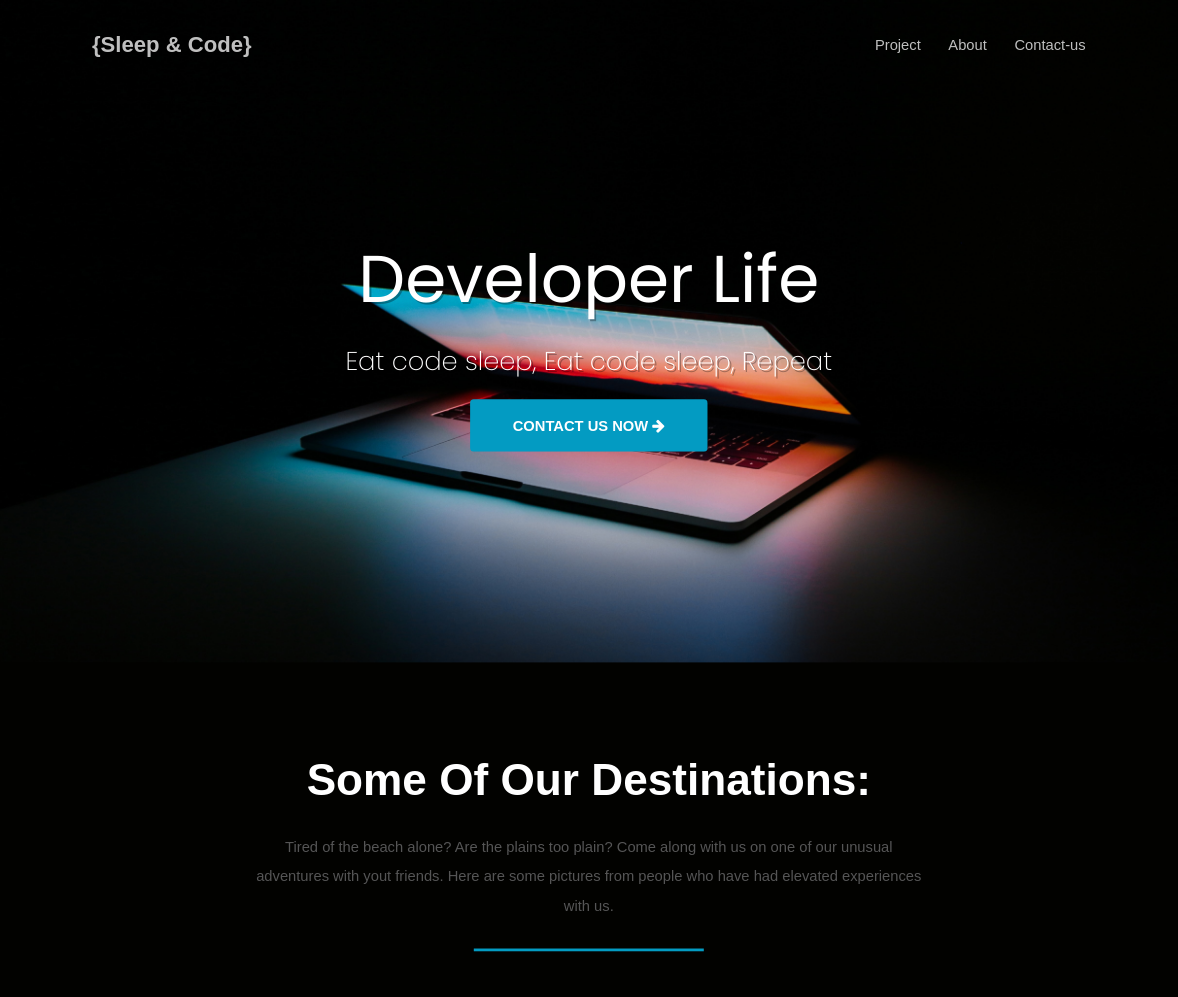
Repository: Samkiroko/Techcamp-html
Page: index.html
The author's editor kept a copy of each file at every save. The page is drawn from the files as they stood at one save, then again after the next save.
The browser window is 1280 px wide. The pictures show the part of the page from y = 0 to 1084 px (the page is 4704 px tall), at 92% of full size.
Pictures or frames that could not be fetched are drawn as grey boxes.

Above is the page before, as saved 2021-08-05 16:49:38.
Not found: assets/css/styles.css

### index.html
<!DOCTYPE html>
<html lang="en">

<head>
    <meta charset="UTF-8">
    <title>Tech Camp start-up</title>
    <link rel="stylesheet" href="./style.css">

</head>


<!-- partial:index.partial.html -->
<link rel="preconnect" href="https://fonts.googleapis.com">
<link rel="preconnect" href="https://fonts.gstatic.com" crossorigin>
<link href="https://fonts.googleapis.com/css2?family=Poppins:wght@200;400;600&display=swap" rel="stylesheet">
<link rel="stylesheet" href="https://maxcdn.bootstrapcdn.com/font-awesome/4.7.0/css/font-awesome.min.css">
<link rel="stylesheet" href="assets/css/styles.css">
</head>


<!-- Forked from a template on Tutorialzine: https://tutorialzine.com/2016/06/freebie-landing-page-template-with-flexbox -->
<header>
    <h2><a href="#">{Sleep & Code}</a></h2>
    <nav>
        <li><a href="#">Project</a></li>
        <li><a href="#">About</a></li>
        <li><a href="#">Contact-us</a></li>
    </nav>
</header>

<section class="hero">
    <div class="background-image"></div>
    <div class="hero-content-area">
        <h1>Developer Life</h1>
        <h3>Eat code sleep, Eat code sleep, Repeat</h3>
        <a href="#" class="btn ">Contact Us Now <span class="fa fa-arrow-right"></span></a>
    </div>
</section>

<section class="destinations">
    <h3 class="title">Some of our destinations:</h3>
    <p>Tired of the beach alone? Are the plains too plain? Come along with us on one of our unusual adventures with yout friends. Here are some pictures from people who have had elevated experiences with us.</p>
    <hr>

    <ul class="grid">
        <li class="small image-1"></li>
        <li class="large image-2"></li>
        <li class="large image-3"></li>
        <li class="small image-4"></li>
    </ul>
</section>

<section class="packages">
    <h3 class="title">Tour Packages</h3>
    <p>We offer a variety of group (minimum 5 people) packages. Whether you've spent some summers together or this might be your first adventure, we've got the perfect vacation for you.</p>
    <hr>

    <ul class="grid">
        <li>
            <i class="fa fa-compass fa-4x"></i>
            <h4>Guided Trips</h4>
            <p>Looking for the complete experience? Take a tour with one of our experts. They'll show you secrets that you're likely to miss otherwise.</p>
        </li>
        <li>
            <i class="fa fa-camera-retro fa-4x"></i>
            <h4>Photo Trips</h4>
            <p>Want to experience nature's beauty without all of that annoying exercise? Take a photo tour on one of our <em>Life is a party!</em> buses.</p>
        </li>
        <li>
            <i class="fa fa-bicycle fa-4x"></i>
            <h4>Biking Trips</h4>
            <p>If bicycles are more your speed, consider taking a tour through one of our mountain or city bike paths. We'll provide the bikes, and lunch too!</p>
        </li>
        <li>
            <i class="fa fa-flag-checkered fa-4x"></i>
            <h4>Racing Trips</h4>
            <p>Got a competitive spirit? Sign up for one of our challenge-based marathons! Try to reach the summit before any other group.</p>
        </li>
    </ul>
</section>

<section class="testimonials">
    <h3 class="title">Testimonials from our adventurers:</h3>
    <hr>
    <p class="quote">Wow! This tour made me realize how much I love being outside with my friends. After going on one of these tours, I can safely say that beer pong is my favorite game all time, also the cultural programs were really interesting!</p>
    <p class="author">- Albert Herter</p>
    <p class="quote">Wow, this really blew my mind. We had so much fun at the beach, and also some hidden secrets revealed. Come on, I'm living in this city for 5 years. Amazing!</p>
    <p class="author">- Sharon Rosenberg</p>
    <p class="quote">If you want to understand your friends better, head to the mountains. I mean, seriously. It's like sitting next to a campfire and just talk in the sunset, woah. You know? It's like that.</p>
    <p class="author">- Luis Mendoza</p>
</section>

<section class="contact">
    <h3 class="title">Learn more</h3>
    <p>Want to know about our upcoming events, or come to one of our mixers? Just sign up for our mailing list. No spam from us, we promise! Except for the spam we give you to keep up your energy while you're having fun with your friends. Have a blast! We
        have tons of that.</p>
    <hr>
    <form>
        <input type="email" placeholder="Email">
        <a href="#" class="btn">Subscribe now</a>
    </form>
</section>

<footer>
    <p>Images courtesy of <a href="http://unsplash.com/">unsplash</a>.</p>
    <p>Why are you even reading this?! There's never anything interesting in the footer!</p>
    <ul>
        <li><a href="#"><i class="fa fa-twitter-square fa-2x"></i></a></li>
        <li><a href="#"><i class="fa fa-facebook-square fa-2x"></i></a></li>
        <li><a href="#"><i class="fa fa-snapchat-square fa-2x"></i></a></li>
    </ul>
</footer>
<!-- partial -->

</body>

</html>

### style.css
/*General Styles*/

* {
    margin: 0;
    padding: 0;
    box-sizing: border-box;
}

body {
    background: #020200;
}

html {
    font-size: 16px;
    font-family: 'Raleway', sans-serif;
    color: #fff;
}

ul,
nav {
    list-style: none;
}

a {
    text-decoration: none;
    opacity: 0.75;
    color: #fff;
}

a:hover {
    opacity: 1;
}

a.btn {
    border-radius: 4px;
    text-transform: uppercase;
    font-weight: bold;
    text-align: center;
    background-color: #039bc2;
    opacity: 1;
    transition: all 400ms;
}

a.btn:hover {
    background-color: #ce5856;
}

section {
    display: flex;
    flex-direction: column;
    align-items: center;
    padding: 100px 80px;
}

section:not(.hero):nth-child(even) {
    background-color: #f5f5f5;
}

.grid {
    width: 100%;
    display: flex;
    flex-wrap: wrap;
    justify-content: center;
}

hr {
    width: 250px;
    height: 3px;
    background-color: #039bc2;
    border: 0;
    margin-bottom: 50px;
}


/*
.image-1 {
    background-image: url('https://images.unsplash.com/photo-1505852903341-fc8d3db10436?ixlib=rb-0.3.5&q=80&fm=jpg&crop=entropy&cs=tinysrgb&w=1600&h=900&fit=crop&s=e2f72e62d5f4f04256dd9305d5f51f3c');
}

.image-2 {
    background-image: url('https://images.unsplash.com/photo-1475483768296-6163e08872a1?ixlib=rb-0.3.5&q=80&fm=jpg&crop=entropy&cs=tinysrgb&w=1600&h=900&fit=crop&s=20b3b1c3caef8c619ac3c75c07a7eafb');
}

.image-3 {
    background-image: url('https://images.unsplash.com/photo-1490576198307-6ff97609a0cc?ixlib=rb-0.3.5&q=80&fm=jpg&crop=entropy&cs=tinysrgb&w=1600&h=900&fit=crop&s=a0dbd168637edc2cfdac3715ab23d519');
}

.image-4 {
    background-image: url('https://images.unsplash.com/photo-1505483531331-fc3cf89fd382?ixlib=rb-0.3.5&q=80&fm=jpg&crop=entropy&cs=tinysrgb&w=1600&h=900&fit=crop&s=4f305bbc0243f81f1bf6053a62d76297');
} */

section h3.title {
    text-transform: capitalize;
    font: bold 48px 'Amatic SC', sans-serif;
    margin-bottom: 30px;
    text-align: center;
    color: #fff;
}

section p {
    max-width: 775px;
    line-height: 2;
    padding: 0 20px;
    margin-bottom: 30px;
    text-align: center;
    color: ffff;
}

@media (max-width: 800px) {
    section {
        padding: 50px 20px;
    }
}


/*Header Styles*/

header {
    position: absolute;
    width: 100%;
    display: flex;
    justify-content: space-between;
    align-items: center;
    padding: 35px 100px 0;
    animation: 1s fadein 0.5s forwards;
    opacity: 0;
    color: #fff;
    z-index: 2;
}

@keyframes fadein {
    100% {
        opacity: 1;
    }
}

header h2 {
    font-family: 'Amatic SC', sans-serif;
}

header nav {
    display: flex;
    margin-right: -15px;
}

header nav li {
    margin: 0 15px;
}

@media (max-width: 800px) {
    header {
        padding: 20px 50px;
        flex-direction: column;
    }
    header h2 {
        margin-bottom: 15px;
    }
}


/*Hero Styles*/

.hero {
    position: relative;
    justify-content: center;
    text-align: center;
    min-height: 100vh;
    color: #fff;
}

.hero .background-image {
    position: absolute;
    top: 0;
    left: 0;
    width: 100%;
    height: 100%;
    background-image: url('img/hp.jpg');
    background-size: cover;
    z-index: -1;
    background-color: #80a3db;
}

.hero h1 {
    font: 72px 'Amatic SC', sans-serif;
    text-shadow: 2px 2px rgba(0, 0, 0, 0.3);
    margin-bottom: 15px;
}

.hero h3 {
    font: 28px 'Raleway', sans-serif;
    font-weight: 300;
    text-shadow: 2px 2px rgba(0, 0, 0, 0.3);
    margin-bottom: 40px;
}

.hero a.btn {
    padding: 20px 46px;
}

.hero-content-area {
    opacity: 0;
    margin-top: 100px;
    animation: 1s slidefade 1s forwards;
}

@keyframes slidefade {
    100% {
        opacity: 1;
        margin: 0;
    }
}

@media (max-width: 800px) {
    .hero {
        min-height: 600px;
    }
    .hero h1 {
        font-size: 48px;
    }
    .hero h3 {
        font-size: 24px;
    }
    .hero a.btn {
        padding: 15px 40px;
    }
}


/*Destinations Section*/

.destinations .grid li {
    height: 350px;
    padding: 20px;
    background-clip: content-box;
    background-size: cover;
    background-position: center;
}

.destinations .grid li.small {
    flex-basis: 30%;
}

.destinations .grid li.large {
    flex-basis: 70%;
}

@media (max-width: 1100px) {
    .destinations .grid li.small,
    .destinations .grid li.large {
        flex-basis: 50%;
    }
}

@media (max-width: 800px) {
    .destinations .grid li.small,
    .destinations .grid li.large {
        flex-basis: 100%;
    }
}


/*Packages Section*/

.packages .grid li {
    padding: 50px;
    flex-basis: 50%;
    text-align: center;
}

.packages .grid li i {
    color: #039bc2;
}

.packages .grid li h4 {
    font-size: 30px;
    margin: 25px 0;
}

@media (max-width: 800px) {
    .packages .grid li {
        flex-basis: 100%;
        padding: 20px;
    }
}


/*Testimonials Section*/

.testimonials .quote {
    font-size: 22px;
    font-weight: 300;
    line-height: 1.5;
    margin: 40px 0 25px;
}

@media (max-width: 800px) {
    .testimonials .quote {
        font-size: 18px;
        margin: 15px 0;
    }
    .testimonials .author {
        font-size: 14px;
    }
}


/*Contact Section*/

.contact form {
    display: flex;
    align-items: center;
    justify-content: center;
    flex-wrap: wrap;
    width: 60%;
}

.contact form .btn {
    padding: 18px 42px;
}

.contact form input {
    padding: 15px;
    margin-right: 30px;
    font-size: 18px;
    color: #555;
    flex: 1;
}

@media (max-width: 1000px) {
    .contact form input {
        flex-basis: 100%;
        margin: 0 0 20px 0;
    }
}


/*Footer Section*/

footer {
    display: flex;
    align-items: center;
    justify-content: space-around;
    background-color: #555;
    color: #fff;
    padding: 20px 0;
}

footer ul {
    display: flex;
}

footer ul li {
    margin-left: 16px;
}

footer p {
    text-transform: uppercase;
    font-size: 14px;
    opacity: 0.6;
    align-self: center;
}

@media (max-width: 1100px) {
    footer {
        flex-direction: column;
    }
    footer p {
        text-align: center;
        margin-bottom: 20px;
    }
    footer ul li {
        margin: 0 8px;
    }
}


/*General Styles*/

* {
    margin: 0;
    padding: 0;
    box-sizing: border-box;
}

html {
    font-size: 16px;
    font-family: 'Raleway', sans-serif;
    color: #555;
}

ul,
nav {
    list-style: none;
}

a {
    text-decoration: none;
    opacity: 0.75;
    color: #fff;
}

a:hover {
    opacity: 1;
}

a.btn {
    border-radius: 4px;
    text-transform: uppercase;
    font-weight: bold;
    text-align: center;
    background-color: #039bc2;
    opacity: 1;
    transition: all 400ms;
}

a.btn:hover {
    background-color: #ce5856;
}

section {
    display: flex;
    flex-direction: column;
    align-items: center;
    padding: 100px 80px;
}

section:not(.hero):nth-child(even) {
    background-color: #f5f5f5;
}

.grid {
    width: 100%;
    display: flex;
    flex-wrap: wrap;
    justify-content: center;
}

hr {
    width: 250px;
    height: 3px;
    background-color: #039bc2;
    border: 0;
    margin-bottom: 50px;
}

.image-1 {
    background-image: url('https://images.unsplash.com/photo-1505852903341-fc8d3db10436?ixlib=rb-0.3.5&q=80&fm=jpg&crop=entropy&cs=tinysrgb&w=1600&h=900&fit=crop&s=e2f72e62d5f4f04256dd9305d5f51f3c');
}

.image-2 {
    background-image: url('https://images.unsplash.com/photo-1475483768296-6163e08872a1?ixlib=rb-0.3.5&q=80&fm=jpg&crop=entropy&cs=tinysrgb&w=1600&h=900&fit=crop&s=20b3b1c3caef8c619ac3c75c07a7eafb');
}

.image-3 {
    background-image: url('https://images.unsplash.com/photo-1490576198307-6ff97609a0cc?ixlib=rb-0.3.5&q=80&fm=jpg&crop=entropy&cs=tinysrgb&w=1600&h=900&fit=crop&s=a0dbd168637edc2cfdac3715ab23d519');
}

.image-4 {
    background-image: url('https://images.unsplash.com/photo-1505483531331-fc3cf89fd382?ixlib=rb-0.3.5&q=80&fm=jpg&crop=entropy&cs=tinysrgb&w=1600&h=900&fit=crop&s=4f305bbc0243f81f1bf6053a62d76297');
}

section h3.title {
    color: ffff !important;
    text-transform: capitalize;
    font: bold 48px 'Amatic SC', sans-serif;
    margin-bottom: 30px;
    text-align: center;
}

section p {
    max-width: 775px;
    line-height: 2;
    padding: 0 20px;
    margin-bottom: 30px;
    text-align: center;
}

@media (max-width: 800px) {
    section {
        padding: 50px 20px;
    }
}


/*Header Styles*/

header {
    position: absolute;
    width: 100%;
    display: flex;
    justify-content: space-between;
    align-items: center;
    padding: 35px 100px 0;
    animation: 1s fadein 0.5s forwards;
    opacity: 0;
    color: #fff;
    z-index: 2;
}

@keyframes fadein {
    100% {
        opacity: 1;
    }
}

header h2 {
    font-family: 'Amatic SC', sans-serif;
}

header nav {
    display: flex;
    margin-right: -15px;
}

header nav li {
    margin: 0 15px;
}

@media (max-width: 800px) {
    header {
        padding: 20px 50px;
        flex-direction: column;
    }
    header h2 {
        margin-bottom: 15px;
    }
}


/*Hero Styles*/

.hero {
    position: relative;
    justify-content: center;
    text-align: center;
    min-height: 100vh;
    color: #fff;
}

.hero .background-image {
    position: absolute;
    top: 0;
    left: 0;
    width: 100%;
    height: 100%;
    background-image: url('img/hp.jpg');
    background-size: cover;
    z-index: -1;
    background-color: #80a3db;
}

.hero h1 {
    font: 72px 'Poppins', sans-serif;
    text-shadow: 2px 2px rgba(0, 0, 0, 0.3);
    margin-bottom: 15px;
}

.hero h3 {
    font: 28px 'Poppins', sans-serif;
    font-weight: 300;
    text-shadow: 2px 2px rgba(0, 0, 0, 0.3);
    margin-bottom: 40px;
}

.hero a.btn {
    padding: 20px 46px;
}

.hero-content-area {
    opacity: 0;
    margin-top: 100px;
    animation: 1s slidefade 1s forwards;
}

@keyframes slidefade {
    100% {
        opacity: 1;
        margin: 0;
    }
}

@media (max-width: 800px) {
    .hero {
        min-height: 600px;
    }
    .hero h1 {
        font-size: 48px;
    }
    .hero h3 {
        font-size: 24px;
    }
    .hero a.btn {
        padding: 15px 40px;
    }
}


/*Destinations Section*/

.destinations .grid li {
    height: 350px;
    padding: 20px;
    background-clip: content-box;
    background-size: cover;
    background-position: center;
}

.destinations .grid li.small {
    flex-basis: 30%;
}

.destinations .grid li.large {
    flex-basis: 70%;
}

@media (max-width: 1100px) {
    .destinations .grid li.small,
    .destinations .grid li.large {
        flex-basis: 50%;
    }
}

@media (max-width: 800px) {
    .destinations .grid li.small,
    .destinations .grid li.large {
        flex-basis: 100%;
    }
}


/*Packages Section*/

.packages .grid li {
    padding: 50px;
    flex-basis: 50%;
    text-align: center;
}

.packages .grid li i {
    color: #039bc2;
}

.packages .grid li h4 {
    font-size: 30px;
    margin: 25px 0;
}

@media (max-width: 800px) {
    .packages .grid li {
        flex-basis: 100%;
        padding: 20px;
    }
}


/*Testimonials Section*/

.testimonials .quote {
    font-size: 22px;
    font-weight: 300;
    line-height: 1.5;
    margin: 40px 0 25px;
}

@media (max-width: 800px) {
    .testimonials .quote {
        font-size: 18px;
        margin: 15px 0;
    }
    .testimonials .author {
        font-size: 14px;
    }
}


/*Contact Section*/

.contact form {
    display: flex;
    align-items: center;
    justify-content: center;
    flex-wrap: wrap;
    width: 60%;
}

.contact form .btn {
    padding: 18px 42px;
}

.contact form input {
    padding: 15px;
    margin-right: 30px;
    font-size: 18px;
    color: #555;
    flex: 1;
}

@media (max-width: 1000px) {
    .contact form input {
        flex-basis: 100%;
        margin: 0 0 20px 0;
    }
}


/*Footer Section*/

footer {
    display: flex;
    align-items: center;
    justify-content: space-around;
    background-color: #555;
    color: #fff;
    padding: 20px 0;
}

footer ul {
    display: flex;
}

footer ul li {
    margin-left: 16px;
}

footer p {
    text-transform: uppercase;
    font-size: 14px;
    opacity: 0.6;
    align-self: center;
}

@media (max-width: 1100px) {
    footer {
        flex-direction: column;
    }
    footer p {
        text-align: center;
        margin-bottom: 20px;
    }
    footer ul li {
        margin: 0 8px;
    }
}

After the next save:
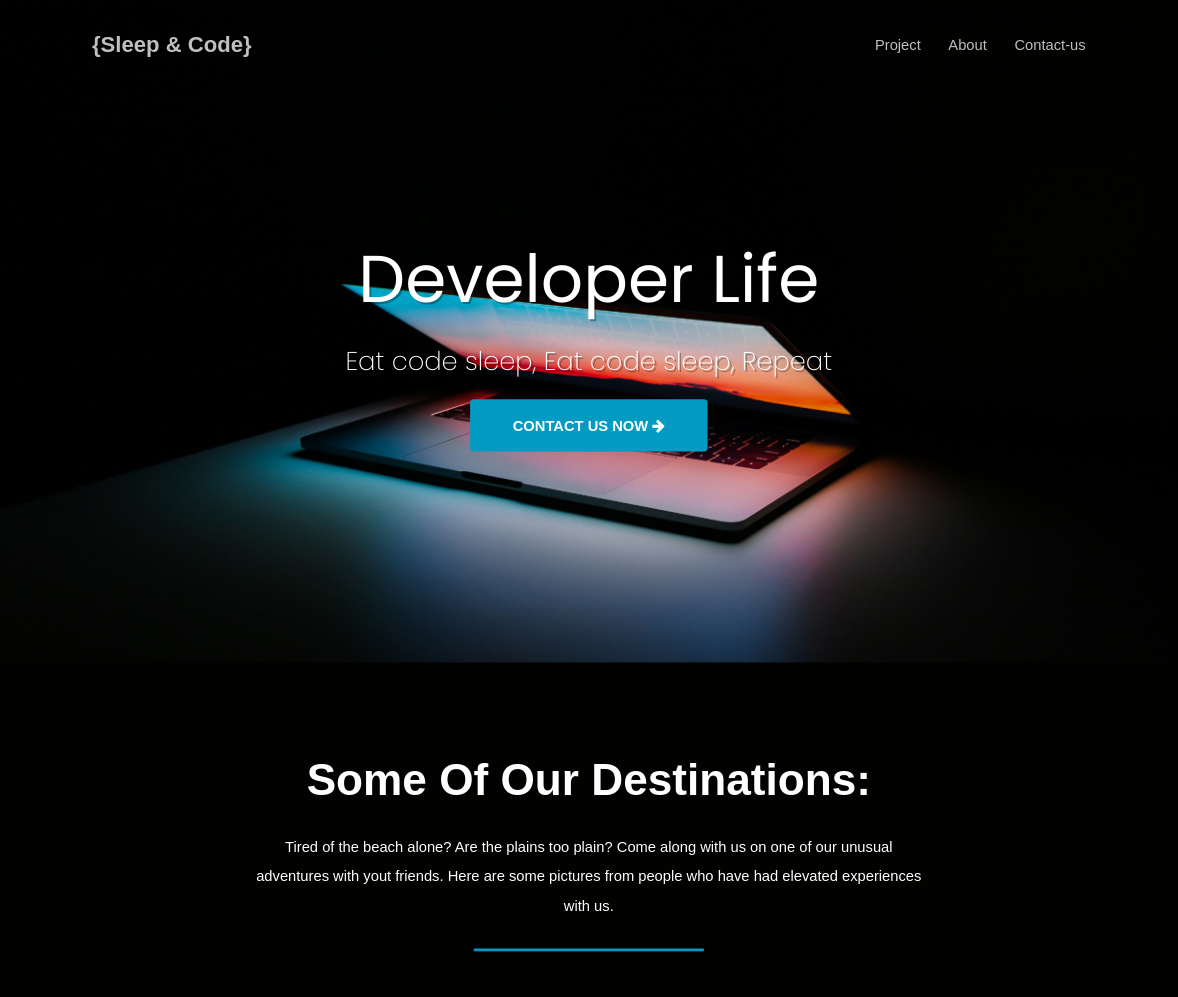
Saved 11 s later.
--- a/style.css
+++ b/style.css
@@ -103,7 +103,7 @@ section p {
     padding: 0 20px;
     margin-bottom: 30px;
     text-align: center;
-    color: ffff;
+    color: #ffff;
 }
 
 @media (max-width: 800px) {
